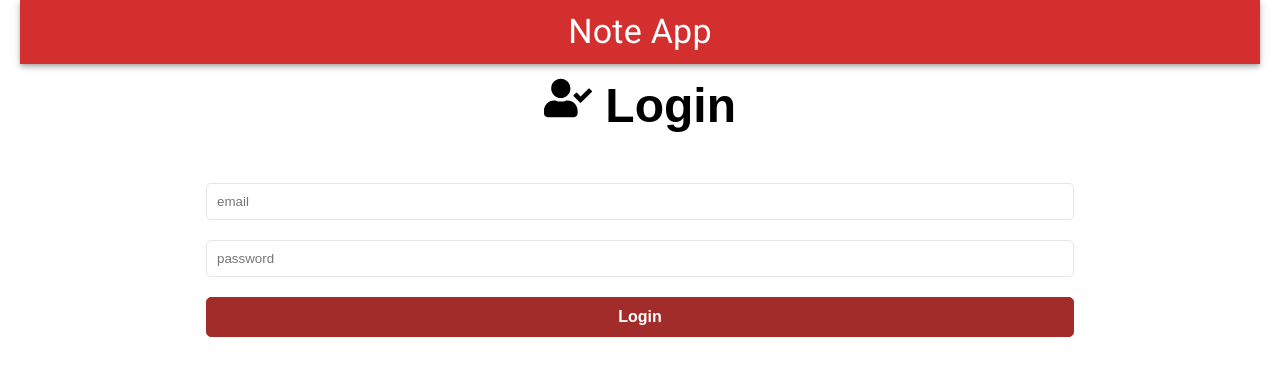
Repository: halilhaninan/MERNSTACK-Note-App
Page: / (app in frontend/)
These files come from the project's save history. The page is drawn as it stood at one moment and after the next save; the edit follows.
The browser window is 1280 px wide. The pictures show the whole page.
The project was rebuilt for these pictures with package versions that can differ from the ones it lists, and the page was loaded fresh each time. Also part of the build but not shown: frontend/src/Components/Spinner.jsx, frontend/src/Components/Not.jsx, frontend/src/pages/Register.jsx, frontend/src/features/counter/counterSlice.js, frontend/src/features/counter/counter.js, frontend/src/App.css.

Above is the page before, as saved 2022-09-03 11:02:27.

### frontend/src/index.js
import React from "react";
import ReactDOM from "react-dom";
import "./index.css";
import App from "./App";

import { store } from "./app/store";
import { Provider } from "react-redux";

// import { createStore } from "redux";
// import { Provider } from "react-redux";
// import butunRreducerler from "./reducers";

// const hesapla = (state = 0, action) => {
//   switch (action.type) {
//     case "topla":
//       return state + 1;
//     case "cikar":
//       return state - 1;
//     default:
//       return state;
//   }
// };

// let store = createStore(
//   butunRreducerler,
//   window.__REDUX_DEVTOOLS_EXTENSION__ && window.__REDUX_DEVTOOLS_EXTENSION__()
// );

// store.subscribe(() => console.log(store.getState()));
//const root = ReactDOM.createRoot(document.getElementById("root"));
ReactDOM.render(
  <Provider store={store}>
    <App />
  </Provider>,
  document.getElementById("root")
);

// If you want to start measuring performance in your app, pass a function
// to log results (for example: reportWebVitals(console.log))
// or send to an analytics endpoint. Learn more: https://bit.ly/CRA-vitals

### frontend/src/index.css
@import url("https://fonts.googleapis.com/css2?family=Lobster&display=swap");

* {
  margin: 0;
  padding: 0;
  box-sizing: border-box;
}

body {
  font-family: Arial, Helvetica, sans-serif;
  height: 100vh;
  font-size: larger;
}

a {
  text-decoration: none;
  color: #000;
}

p {
  line-height: 1.7;
}

ul {
  list-style: none;
}

li {
  line-height: 2.2;
}

h1,
h2,
h3 {
  font-weight: 600;
  margin-bottom: 10px;
}

.container {
  width: 100%;
  max-width: 1500px;
  margin: 0 auto;
  padding: 0 20px;
  text-align: center;
}

.header {
  display: flex;
  justify-content: space-between;
  align-items: center;
  padding: 20px 0;
  border-bottom: 1px solid #e6e6e6;
  margin-bottom: 60px;
}

.header ul {
  display: flex;
  align-items: center;
  justify-content: space-between;
}

.header ul li {
  margin-left: 20px;
}

.header ul li a {
  display: flex;
  align-items: center;
  color: #a22c29;
}

.header ul li a:hover {
  color: #f27059;
}

.header ul li a svg {
  margin-right: 5px;
}

.heading {
  font-size: 2rem;
  font-weight: 700;
  margin-bottom: 50px;
  padding: 0 20px;
}

.heading p {
  color: #828282;
}

.notlar {
  display: grid;
  grid-template-columns: repeat(3, 1fr);
  gap: 10px;
}

.not {
  background-color: #f4f4f4;
  margin: 10px 0;
  padding: 20px 0 10px;
  position: relative;
}

.not .close {
  position: absolute;
  top: 10px;
  right: 15px;
  cursor: pointer;
  border: none;
  background: none;
}

.form,
.content {
  width: 70%;
  margin: 0 auto;
}

.form-group {
  margin-bottom: 10px;
}

.form-group input,
.form-group textarea,
.form-group select {
  width: 100%;
  padding: 10px;
  border: 1px solid #e6e6e6;
  border-radius: 5px;
  margin-bottom: 10px;
  font-family: inherit;
}

.form-group label {
  text-align: left;
  display: block;
  margin: 0 0 5px 3px;
}

.btn {
  padding: 10px 20px;
  border: 1px solid #a22c29;
  border-radius: 5px;
  background: #a22c29;
  color: #fff;
  font-size: 16px;
  font-weight: 700;
  cursor: pointer;
  text-align: center;
  appearance: button;
  display: flex;
  align-items: center;
  justify-content: center;
}

.btn svg {
  margin-right: 8px;
}

.btn-reverse {
  background: #fff;
  color: #000;
}

.btn-block {
  width: 100%;
  margin-bottom: 20px;
}

.btn-add {
  background: #34a0a4 !important;
  border: 1px solid #34a0a4;
}

.btn:hover {
  transform: scale(0.98);
}

.loadingSpinnerContainer {
  position: fixed;
  top: 0;
  right: 0;
  bottom: 0;
  left: 0;
  background-color: rgba(0, 0, 0, 0.5);
  z-index: 5000;
  display: flex;
  justify-content: center;
  align-items: center;
}

.loadingSpinner {
  width: 64px;
  height: 64px;
  border: 8px solid;
  border-color: #000 transparent #555 transparent;
  border-radius: 50%;
  animation: spin 1.2s linear infinite;
}

@keyframes spin {
  0% {
    transform: rotate(0deg);
  }
  100% {
    transform: rotate(360deg);
  }
}

@media (max-width: 960px) {
  .notlar {
    grid-template-columns: repeat(2, 1fr);
  }
}

@media (max-width: 600px) {
  .form {
    width: 90%;
  }

  .heading h1 {
    font-size: 2rem;
  }

  .heading p {
    font-size: 1.5rem;
  }

  .notlar {
    grid-template-columns: repeat(1, 1fr);
  }
}

### frontend/src/App.js
import { BrowserRouter as Router, Routes, Route } from "react-router-dom";
import Header from "./Components/Header";
import Dashboard from "./pages/Dashboard";
import Login from "./pages/Login";
import Register from "./pages/Register";

// import { useSelector, useDispatch } from "react-redux";
// import { girisYap, topla, cikar } from "./actions";

import { ToastContainer } from "react-toastify";
import "react-toastify/dist/ReactToastify.css";
import Counter from "./features/counter/counter";
import "./App.css";

function App() {
  // return (
  //   <div>
  //     <Counter />
  //   </div>
  // );
  return (
    <>
      <Router>
        <div className="container">
          <Header></Header>
          <Routes>
            <Route path="/" element={<Dashboard />} />
            <Route path="/register" element={<Register />} />
            <Route path="/login" element={<Login />} />
          </Routes>
        </div>
      </Router>
      <ToastContainer />
    </>
  );
  //
  //
  //
  // const giris = useSelector((state) => state.giris);
  // const hesapla = useSelector((state) => state.hesapla);
  // const dispatch = useDispatch();
  // return (
  //   <div className="app">
  //     {giris ? (
  //       <>
  //         {hesapla}
  //         <button onClick={() => dispatch(topla())}>+</button>
  //         <button onClick={() => dispatch(cikar())}>-</button>
  //       </>
  //     ) : (
  //       <>
  //         <h3>please sign in</h3>
  //         <button onClick={() => dispatch(girisYap())}>sign in</button>
  //       </>
  //     )}
  //   </div>
  // );
}

export default App;

### frontend/src/app/store.js
import { configureStore } from "@reduxjs/toolkit";

import authReducer from "../features/auth/authSlice";
import notReducer from "../features/data/dataSlice";

export const store = configureStore({
  reducer: {
    auth: authReducer,
    notlar: notReducer,
  },
});

// yeni not olustururken altta olan kod gibi dataslice olustur sonra store.js den import et reducer ile tanimla ++ data service olusturuluyor

// import { createSlice, createAsyncThunk } from "@reduxjs/toolkit";

// const initialState = {
//   notlar: [],
//   isHata: false,
//   isBasari: false,
//   isYkleniyor: false,
//   mesaj: "",
// };

// export const notSlice = createSlice({
//   name: "notlar",
//   initialState,
//   reducers: {
//     reset: (state) => initialState,
//   },
// });

// export const { reset }  = notSlice.actions;
// export default notSlice.reducer;

### frontend/src/Components/Header.jsx
import React from "react";
import { FaSignInAlt, FaSignOutAlt, FaUser, FaPen } from "react-icons/fa";
import { Link, useNavigate } from "react-router-dom";
import { useSelector, useDispatch } from "react-redux";
import { logout, reset } from "../features/auth/authSlice";
import AppBar from "@mui/material/AppBar";
import { Toolbar, Typography, Button } from "@mui/material";
import { Login, Face, Home, Logout } from "@mui/icons-material";

function Header() {
  const navigate = useNavigate();
  const dispatch = useDispatch();

  const { kullanici } = useSelector((state) => state.auth);

  const onLogout = () => {
    dispatch(logout());
    dispatch(reset());
    navigate("/login");
  };

  return (
    <AppBar position="static" color="error" sx={{ marginBottom: "10px" }}>
      <Toolbar>
        <Typography variant="h4" component="div" sx={{ flexGrow: 1 }}>
          Note App
        </Typography>
      </Toolbar>
    </AppBar>
  );

  // return (
  //   <header className="header">
  //     <h2>mongo db test app </h2>
  //     <div className="logo"></div>
  //     <ul>
  //       {kullanici ? (
  //         <>
  //           <li>
  //             <Link to="/">
  //               <FaPen /> Create Note
  //             </Link>
  //           </li>
  //           <li>
  //             <button className="btn" onClick={onLogout}>
  //               Logout{" "}
  //             </button>
  //           </li>
  //         </>
  //       ) : (
  //         <>
  //           <li>
  //             <Link to="/login">
  //               <FaSignInAlt /> Login
  //             </Link>
  //           </li>
  //           <li>
  //             <Link to="/register">
  //               <FaUser /> Register
  //             </Link>
  //           </li>
  //         </>
  //       )}
  //     </ul>
  //   </header>
  // );
}

export default Header;

### frontend/src/pages/Dashboard.jsx
import React, { useEffect } from "react";

import { useNavigate } from "react-router-dom";
import { useSelector, useDispatch } from "react-redux";
import NotForm from "../Components/NotForm";
import { notlarGetir, reset } from "../features/data/dataSlice";
import Spinner from "../Components/Spinner";
import Not from "../Components/Not";

function Dashboard() {
  const navigate = useNavigate();
  const dispatch = useDispatch();
  const { kullanici } = useSelector((state) => state.auth);
  const { notlar, isYukleniyor, isHata, isBasari, mesaj } = useSelector(
    (state) => state.notlar
  );

  useEffect(() => {
    if (isHata) {
      console.log(mesaj);
    }

    if (!kullanici) {
      navigate("/login");
      console.log("halilhan");
    }
    dispatch(notlarGetir());
    return () => {
      dispatch(reset());
    };
  }, [kullanici, navigate, isHata, mesaj, dispatch]);

  if (isYukleniyor) {
    <Spinner />;
  }

  return (
    <>
      <section className="heading">
        <h1>Merhaba {kullanici && kullanici.kullaniciAd}</h1>
        <p>add note</p>
      </section>
      <NotForm />
      <section className="content">
        {notlar.length > 0 ? (
          <div className="notlar">
            {notlar.map((not) => (
              <Not key={not._id} not={not} />
            ))}
          </div>
        ) : (
          <h3>henuz not yerletisrmediniz</h3>
        )}
      </section>
    </>
  );
}

export default Dashboard;

### frontend/src/pages/Login.jsx
import React, { useState, useEffect } from "react";

import { FaUserCheck } from "react-icons/fa";
import { useSelector, useDispatch } from "react-redux";
import { useNavigate } from "react-router-dom";
import { toast } from "react-toastify";
import { login, reset } from "../features/auth/authSlice";
import Spinner from "../Components/Spinner";

function Login() {
  const navigate = useNavigate();
  const dispatch = useDispatch();

  const { kullanici, isHata, isBasari, isYukleniyor, mesaj } = useSelector(
    (state) => state.auth
  );

  const [formData, setFormData] = useState({
    email: "",
    parola: "",
  });

  const { email, parola } = formData;

  const onChange = (e) => {
    setFormData((prev) => ({
      ...prev,
      [e.target.name]: e.target.value,
    }));
  };

  const onSubmit = (e) => {
    e.preventDefault();
    // console.log(formData);

    const userData = { email, parola };
    dispatch(login(userData));
  };

  useEffect(() => {
    if (isHata) {
      toast.error(mesaj);
    }
    if (isBasari || kullanici) {
      navigate("/");
    }
  }, [kullanici, isHata, isBasari, mesaj, navigate, dispatch, isYukleniyor]);

  if (isYukleniyor) {
    <Spinner />;
  }

  return (
    <>
      <section className="heading">
        <h1>
          <FaUserCheck /> Login
        </h1>
      </section>
      <section className="form">
        <form onSubmit={onSubmit}>
          <div className="form-group">
            <input
              type="email"
              classname="form-control"
              id="email"
              name="email"
              value={email}
              placeholder="email"
              onChange={onChange}></input>
          </div>
          <div className="form-group">
            <input
              type="password"
              classname="form-control"
              id="parola"
              name="parola"
              value={parola}
              placeholder="password"
              onChange={onChange}></input>
          </div>

          <div className="form-group">
            <button type="submit" className="btn btn-block">
              Login
            </button>
          </div>
        </form>
      </section>
    </>
  );
}

export default Login;

### frontend/src/features/auth/authSlice.js
import { createAsyncThunk, createSlice } from "@reduxjs/toolkit";
import authService from "./authService";

const kullanici = JSON.parse(localStorage.getItem("kullanici"));

const initialState = {
  kullanici: kullanici ? kullanici : null,
  isHata: false,
  isBasari: false,
  isYukleniyor: false,
  mesaj: "",
};

export const register = createAsyncThunk(
  "auth/register",
  async (user, thunkAPI) => {
    try {
      return await authService.register(user);
    } catch (error) {
      const mesaj =
        (error.response &&
          error.response.data &&
          error.response.data.message) ||
        error.message ||
        error.toString();

      return thunkAPI.rejectWithValue(mesaj);
    }
  }
);

export const authSlice = createSlice({
  name: "auth",
  initialState,
  reducers: {
    reset: (state) => {
      state.isHata = false;
      state.isBasari = false;
      state.isYukleniyor = false;
      state.mesaj = "";
    },
  },
  extraReducers: (builder) => {
    builder
      .addCase(register.pending, (state) => {
        state.isYukleniyor = true;
      })
      .addCase(register.fulfilled, (state, action) => {
        state.isYukleniyor = false;
        state.isBasari = true;
        state.kullanici = action.payload;
      })
      .addCase(register.rejected, (state, action) => {
        state.isYukleniyor = false;
        state.isHata = true;
        state.mesaj = action.payload;
        state.kullanici = null;
      }) //
      .addCase(login.pending, (state) => {
        state.isYukleniyor = true;
      })
      .addCase(login.fulfilled, (state, action) => {
        state.isYukleniyor = false;
        state.isBasari = true;
        state.kullanici = action.payload;
      })
      .addCase(login.rejected, (state, action) => {
        state.isYukleniyor = false;
        state.isHata = true;
        state.mesaj = action.payload;
        state.kullanici = null;
      })
      .addCase(logout.fulfilled, (state) => {
        state.kullanici = null;
      });
  },
});

export const logout = createAsyncThunk("auth/logout", async () => {
  await authService.logout();
});

export const login = createAsyncThunk("auth/login", async (user, thunkAPI) => {
  try {
    return await authService.login(user);
  } catch (error) {
    const mesaj =
      (error.response && error.response.data && error.response.data.message) ||
      error.message ||
      error.toString();

    return thunkAPI.rejectWithValue(mesaj);
  }
});

export const { reset } = authSlice.actions;
export default authSlice.reducer;

### frontend/src/features/data/dataSlice.js
import { createSlice, createAsyncThunk } from "@reduxjs/toolkit";
import thunk from "redux-thunk";
import dataService from "./dataService";

const initialState = {
  notlar: [],
  isHata: false,
  isBasari: false,
  isYukleniyor: false,
  mesaj: "",
};

export const notSlice = createSlice({
  name: "notlar",
  initialState,
  reducers: {
    reset: (state) => initialState,
  },
  extraReducers: (builder) => {
    builder
      .addCase(notOlustur.pending, (state) => {
        state.isYukleniyor = true;
      })
      .addCase(notOlustur.fulfilled, (state, action) => {
        state.isYukleniyor = false;
        state.isBasari = true;
        state.notlar.unshift(action.payload);
      })
      .addCase(notOlustur.rejected, (state, action) => {
        state.isYukleniyor = false;
        state.isHata = true;
        state.isBasari = false;
        state.mesaj = action.payload;
      })
      .addCase(notlarGetir.pending, (state) => {
        state.isYukleniyor = true;
      })
      .addCase(notlarGetir.fulfilled, (state, action) => {
        state.isYukleniyor = false;
        state.isBasari = true;
        state.notlar = action.payload;
      })
      .addCase(notlarGetir.rejected, (state, action) => {
        state.isYukleniyor = false;
        state.isBasari = false;
        state.isHata = true;
        state.mesaj = action.payload;
      })
      .addCase(notSil.pending, (state) => {
        state.isYukleniyor = true;
      })
      .addCase(notSil.fulfilled, (state, action) => {
        state.isYukleniyor = false;
        state.isBasari = true;
        state.notlar = state.notlar.filter(
          (not) => not._id !== action.payload.id
        );
      })
      .addCase(notSil.rejected, (state, action) => {
        state.isYukleniyor = false;
        state.isBasari = false;
        state.isHata = true;
        state.mesaj = action.payload;
      });
  },
});

export const notOlustur = createAsyncThunk(
  "notlar/create",
  async (notData, thunkAPI) => {
    try {
      const token = thunkAPI.getState().auth.kullanici.token;
      return await dataService.notOlustur(notData, token);
    } catch (error) {
      const mesaj =
        (error.response &&
          error.response.data &&
          error.response.data.message) ||
        error.message ||
        error.toString();

      return thunkAPI.rejectWithValue(mesaj);
    }
  }
);

export const notlarGetir = createAsyncThunk(
  "notlar/getAll",
  async (_, thunkAPI) => {
    try {
      const token = thunkAPI.getState().auth.kullanici.token;
      return await dataService.notlarGetir(token);
    } catch (error) {
      const mesaj =
        (error.response &&
          error.response.data &&
          error.response.data.message) ||
        error.message ||
        error.toString();

      return thunkAPI.rejectWithValue(mesaj);
    }
  }
);

export const notSil = createAsyncThunk(
  "notlar/delete",
  async (id, thunkAPI) => {
    try {
      const token = thunkAPI.getState().auth.kullanici.token;
      return await dataService.notSil(id, token);
    } catch (error) {
      const mesaj =
        (error.response &&
          error.response.data &&
          error.response.data.message) ||
        error.message ||
        error.toString();

      return thunkAPI.rejectWithValue(mesaj);
    }
  }
);

export const { reset } = notSlice.actions;
export default notSlice.reducer;

### frontend/src/Components/NotForm.jsx
import React, { useState } from "react";
import { useDispatch } from "react-redux";
import { notOlustur } from "../features/data/dataSlice";

function NotForm() {
  const [baslik, setBaslik] = useState("");
  const [aciklama, setAciklama] = useState("");
  const [oncelik, setOncelik] = useState("");

  const dispatch = useDispatch();

  const onSubmit = (e) => {
    e.preventDefault();
    // console.log(baslik, aciklama, oncelik);
    dispatch(notOlustur({ baslik, aciklama, oncelik }));
    setBaslik("");
    setAciklama("");
    setOncelik(1);
  };

  return (
    <section className="form">
      <form onSubmit={onSubmit}>
        <div className="form-group">
          <label htmlFor="baslik">Not baslik</label>
          <input
            type="text"
            id="baslik"
            name="baslik"
            value={baslik}
            onChange={(e) => setBaslik(e.target.value)}
          />
        </div>
        <div className="form-group">
          <label htmlFor="aciklama">Not aciklama</label>
          <input
            type="text"
            id="aciklama"
            name="aciklama"
            value={aciklama}
            onChange={(e) => setAciklama(e.target.value)}
          />
        </div>
        <div className="form-group">
          <label htmlFor="oncelik">Not oncelik</label>
          <select onChange={(e) => setOncelik(e.target.value)} value={oncelik}>
            <option value="1">Az oncelikli</option>
            <option value="2">oncelikli</option>
            <option value="3">Cok oncelikli</option>
          </select>
        </div>
        <div className="form-group">
          <button type="submit" className="btn btn-block btn-add">
            Not ekle
          </button>
        </div>
      </form>
    </section>
  );
}

export default NotForm;

### frontend/src/features/auth/authService.js
import axios from "axios";

const API_URL = "/api/kullanicilar/";

const register = async (kullaniciData) => {
  const response = await axios.post(API_URL, kullaniciData);

  if (response.data) {
    localStorage.setItem("kullanici", JSON.stringify(response.data));
  }

  return response.data;
};

const logout = () => {
  localStorage.removeItem("kullanici");
};

const login = async (kullaniciData) => {
  const response = await axios.post(API_URL + "login", kullaniciData);
  if (response.data) {
    localStorage.setItem("kullanici", JSON.stringify(response.data));
  }

  return response.data;
};

const authService = {
  register,
  logout,
  login,
};

export default authService;

### frontend/src/features/data/dataService.js
import axios from "axios";

const API_URL = "/api/notlar/";

const notOlustur = async (notData, token) => {
  const config = {
    headers: {
      Authorization: `Bearer ${token}`,
    },
  };
  const response = await axios.post(API_URL, notData, config);

  return response.data;
};

const notlarGetir = async (token) => {
  const config = {
    headers: {
      Authorization: `Bearer ${token}`,
    },
  };
  const response = await axios.get(API_URL, config);
  return response.data;
};

const notSil = async (notId, token) => {
  const config = {
    headers: {
      Authorization: `Bearer ${token}`,
    },
  };

  const response = await axios.delete(API_URL + notId, config);

  return response.data;
};

const dataService = {
  notOlustur,
  notlarGetir,
  notSil,
};

export default dataService;

Loaded but not shown: frontend/public/index.html (common file)

After the next save:
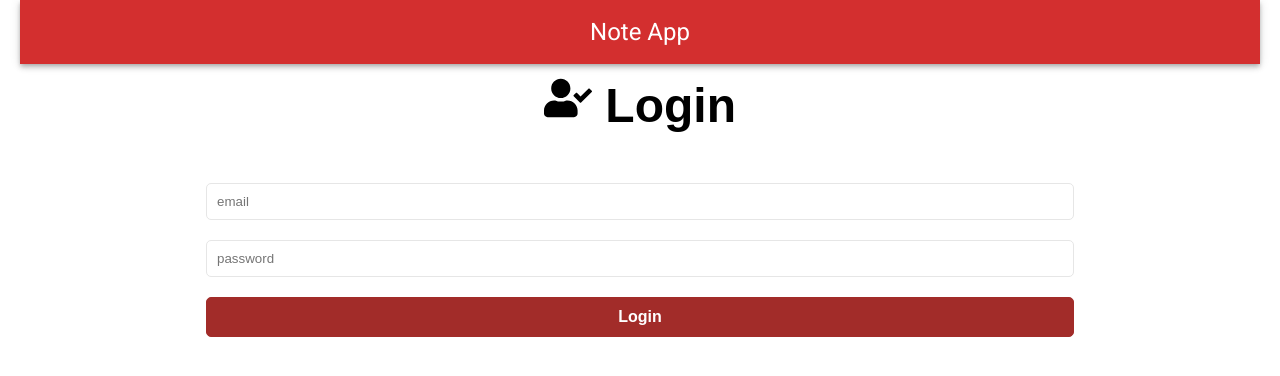
Saved 4 s later.
--- a/frontend/src/Components/Header.jsx
+++ b/frontend/src/Components/Header.jsx
@@ -22,7 +22,7 @@
   return (
     <AppBar position="static" color="error" sx={{ marginBottom: "10px" }}>
       <Toolbar>
-        <Typography variant="h4" component="div" sx={{ flexGrow: 1 }}>
+        <Typography variant="h5" component="div" sx={{ flexGrow: 1 }}>
           Note App
         </Typography>
       </Toolbar>

After the save that followed:
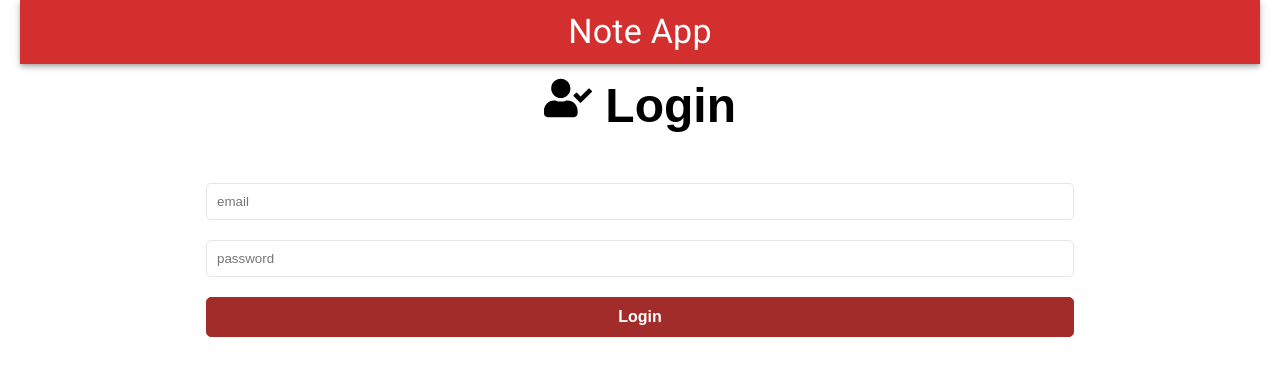
Saved 4 s later.
--- a/frontend/src/Components/Header.jsx
+++ b/frontend/src/Components/Header.jsx
@@ -22,7 +22,7 @@
   return (
     <AppBar position="static" color="error" sx={{ marginBottom: "10px" }}>
       <Toolbar>
-        <Typography variant="h5" component="div" sx={{ flexGrow: 1 }}>
+        <Typography variant="h4" component="div" sx={{ flexGrow: 1 }}>
           Note App
         </Typography>
       </Toolbar>
